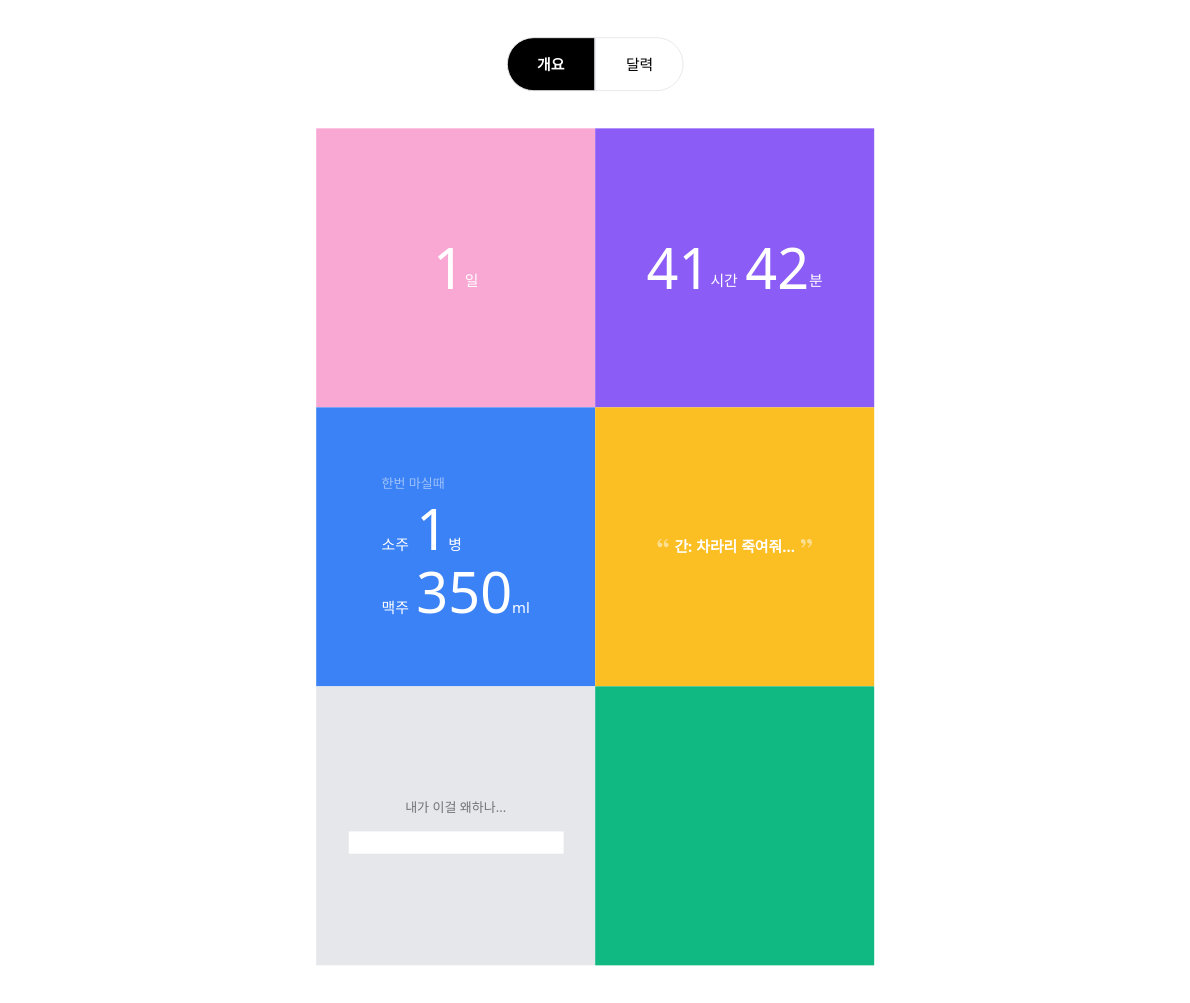
Repository: honey-punch/my-alcohol
Page: /
An editor plug-in stored every save of this project. The page is shown before and after the next save, followed by the edit.
The browser window is 1280 px wide. The pictures show the whole page, at 93% of full size.
The project was rebuilt for these pictures with package versions that can differ from the ones it lists, and the page was loaded fresh each time. The framework's server and built-in components were replaced by stand-ins that run in the browser. Also part of the build but not shown: next.config.ts, src/app/_component/Calendar.tsx.

Above is the page before, as saved 2025-02-10 16:32:47.

After the next save:
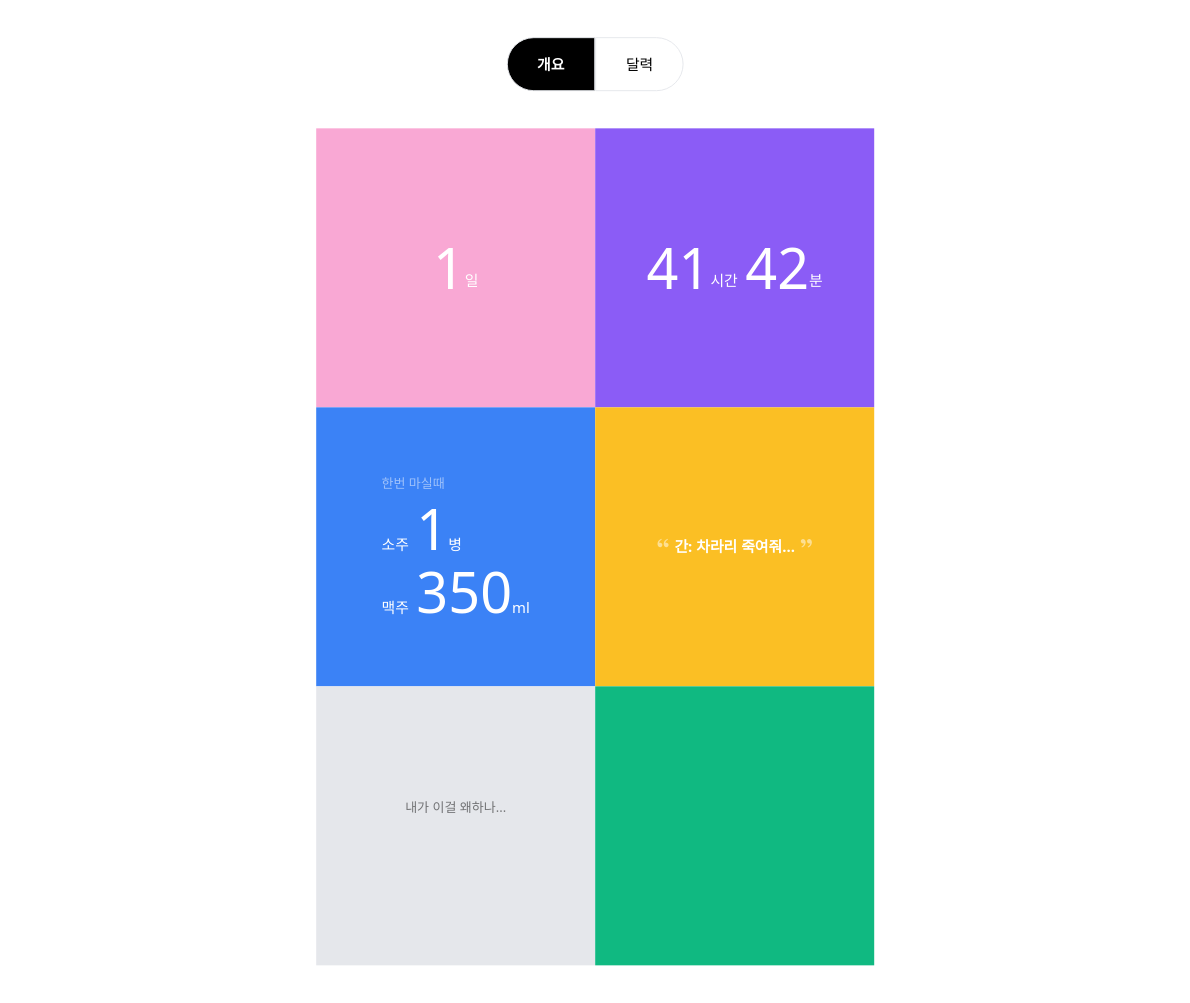
Saved 6 s later.
--- a/src/app/_component/Summary.tsx
+++ b/src/app/_component/Summary.tsx
@@ -100,7 +100,7 @@ export default function Summary() {
         <div className="opacity-50 text-sm">내가 이걸 왜하나...</div>
         <input
           type="text"
-          style={{ backgroundColor: "none" }}
+          style={{ background: "none" }}
           className="focus:outline-none"
         />
       </div>
